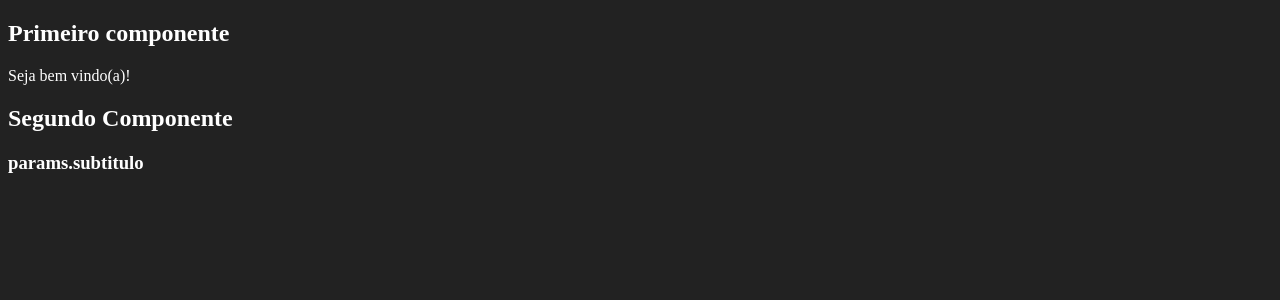
Repository: jean-siqueira/fundamentos-react
Page: /
An editor plug-in stored every save of this project. The page is shown before and after the next save, followed by the edit.
The browser window is 1280 px wide. The pictures show the whole page.
The project was rebuilt for these pictures with package versions that can differ from the ones it lists, and the page was loaded fresh each time.

Above is the page before, as saved 2023-03-04 11:10:27.

### src/index.js
import './index.css'
import ReactDOM from 'react-dom'
import React from 'react'

import Primeiro from './components/basicos/Primeiro'
import ComParametro from './components/basicos/ComParametro'

const tag = <strong>Olá React</strong>


ReactDOM.render(
    <div>
        <Primeiro></Primeiro>
        <ComParametro
            titulo="Segundo Componente"
            subtitulo="Muito Legal!"/>
    </div>,
    document.getElementById('root'))

### src/components/basicos/Primeiro.js

import React from "react"

export default function Primeiro() {

    const msg = 'Seja bem vindo(a)!'

    return (
        <div>
            <h2>Primeiro componente</h2>
            <p>  {msg} </p>
        </div>
    )

}

### src/components/basicos/ComParametro.jsx
import React from "react"

export default function ComParametro(params) {
    console.log(params)
    return (
        <div>
            <h2>{params.titulo}</h2>
            <h3>params.subtitulo</h3>
        </div>
    )
}

Loaded but not shown: public/index.html (common file); src/index.css (common file)

After the next save:
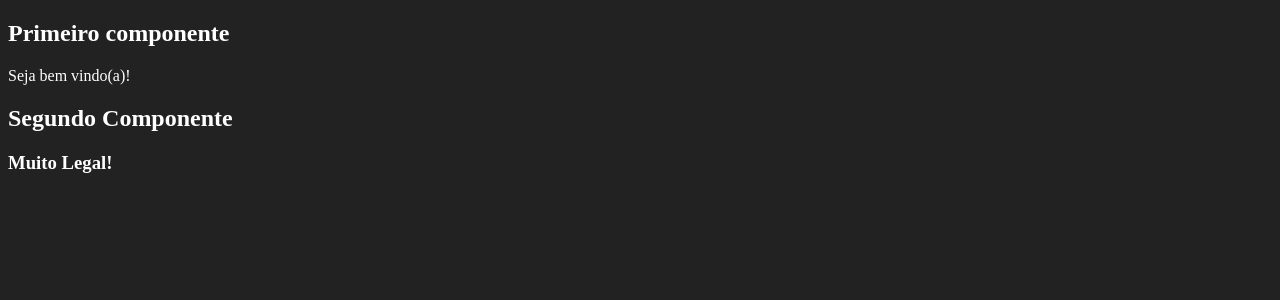
Saved 6 s later.
--- a/src/components/basicos/ComParametro.jsx
+++ b/src/components/basicos/ComParametro.jsx
@@ -5,7 +5,7 @@ export default function ComParametro(params) {
     return (
         <div>
             <h2>{params.titulo}</h2>
-            <h3>params.subtitulo</h3>
+            <h3>{params.subtitulo}</h3>
         </div>
     )
 }
